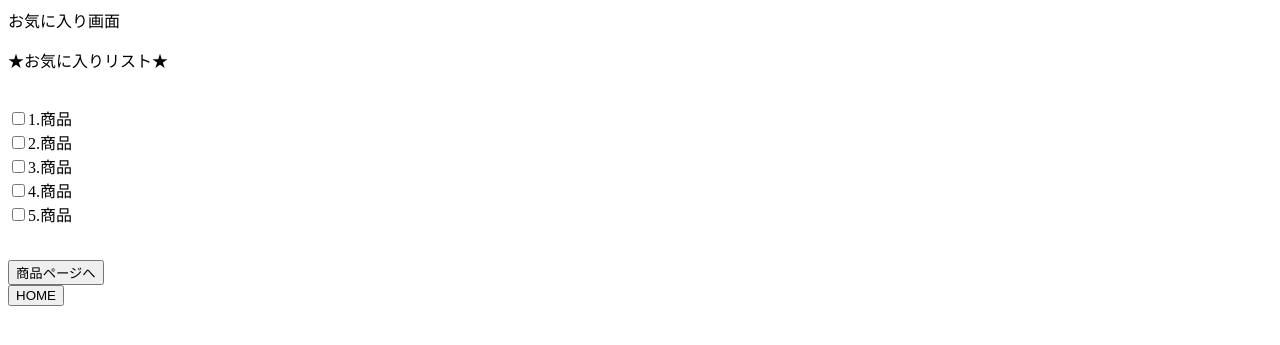
Repository: nathox/backup
Page: http://localhost/Favorite/
An editor plug-in stored every save of this project. The page is shown before and after the next save, followed by the edit.
The browser window is 1280 px wide. The pictures show the whole page.
The page is served by Tomcat 9.

Above is the page before, as saved 2018-02-06 01:43:58.
Console error (its wording comes from the project's code and is left out).

After the next save:
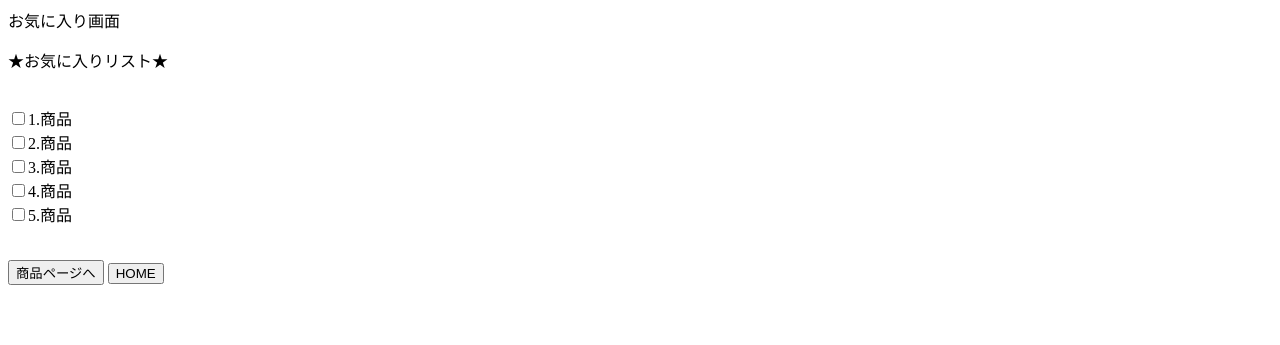
Saved 14 s later.
--- a/Favorite/WebContent/a.jsp
+++ b/Favorite/WebContent/a.jsp
@@ -60,7 +60,7 @@ break;
 <p>
 <br><input type="button" value="商品ページへ" onclick="obakasannemou()">
 
-<br><input type="button" value="HOME" onclick="https://www.google.co.jp/maps()">
+<input type="button" value="HOME" onclick="https://www.google.co.jp/maps()">
 
 </p>
 </form>
